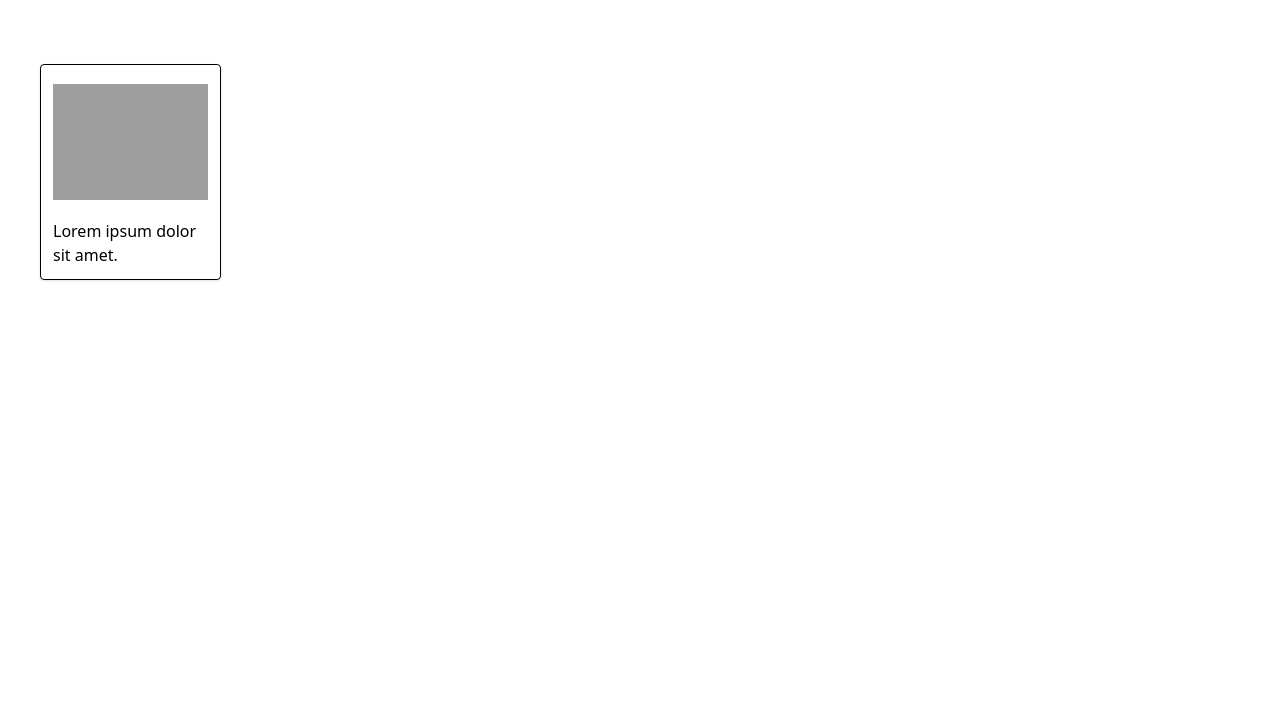
Repository: Habeebur1493/project
Page: /Home
These files come from the project's save history. The page is drawn as it stood at one moment and after the next save; the edit follows.
The browser window is 1280 px wide. The pictures show the whole page.
Pictures or frames that could not be fetched are drawn as grey boxes. The project was rebuilt for these pictures with package versions that can differ from the ones it lists, and the page was loaded fresh each time. Also part of the build but not shown: vite.config.js, src/Components/Login.jsx.

Above is the page before, as saved 2025-01-31 02:38:57.

### index.html
<!doctype html>
<html lang="en">
  <head>
    <meta charset="UTF-8" />
    <meta name="viewport" content="width=device-width, initial-scale=1.0" />
    <title>Project</title>
  </head>
  <body>
    <div id="root"></div>
    <script type="module" src="/src/main.jsx"></script>
  </body>
</html>

### src/main.jsx
import React from "react";
import { createRoot } from "react-dom/client";
import App from "./App.jsx";
import { BrowserRouter } from "react-router-dom";

createRoot(document.getElementById("root")).render(

    <BrowserRouter>
      <App />
    </BrowserRouter>

);

### src/App.jsx
import React from 'react'
import './App.css'
import { Route, Routes } from 'react-router-dom'
import Login from './Components/Login.jsx'
import Home from './Components/Home.jsx'

const App = () => {
  return (
    <>

    <Routes>
      <Route path="/" element={<Login />} />
      <Route path="/Home" element={<Home />} />
    </Routes>
    </>

  )
}

export default App

### src/Components/Home.jsx
import React from 'react'


const Home = () => {
  return (
    <>
    <div className='h-screen w-screen'>


       <div className='w-[85%] p-10 pt-[5%] flex flex-wrap overflow-x-hidden overflow-y-auto'>
          <div className='mr-3 mb-3 card p-3 border shadow rounded w-[18%] h-[30vh] flex-col flex
        justify-center items-center'>
            <div
               className='hover:scale-110 mb-3 w-full h-[80%] bg-contain bg-no-repeat bg-center'
               style={{
                  backgroundImage:
                      "url(https://fakestoreapi.com/img/81fPKd-2AYL._AC_SL1500_.jpg)",
               }}
            ></div>
            <h1 className="hover:text-blue-300">Lorem ipsum dolor sit amet.</h1>
        </div>
    </div>
    </div>
    </>
  )
}

export default Home

### src/Components/Nav.jsx
import React from 'react'

const Nav = () => {
  return (
    <nav className='w-[15%] h-full bg-zinc-100 flex flex-col items-center pt-5'>
    <a className='py-2 px-5 border rounded border-blue-200 text-blue-300'
    href="/create">
      Add New Product
    </a>
    <hr  className='my-3 w-[80%]'/>
    <h1 className='text-2xl mb-3 w-[80%]'>Category Filter</h1>
    <ul className='w-[80%]'>
      <li className='flex items-center mb-3'>
        <span className='rounded-full mr-2 w-[15px] h-[15px] bg-blue-400'></span>{""}
        cat 1
      </li>
    </ul>
  </nav>
  )
}

export default Nav

Loaded but not shown: src/App.css (common file)

After the next save:
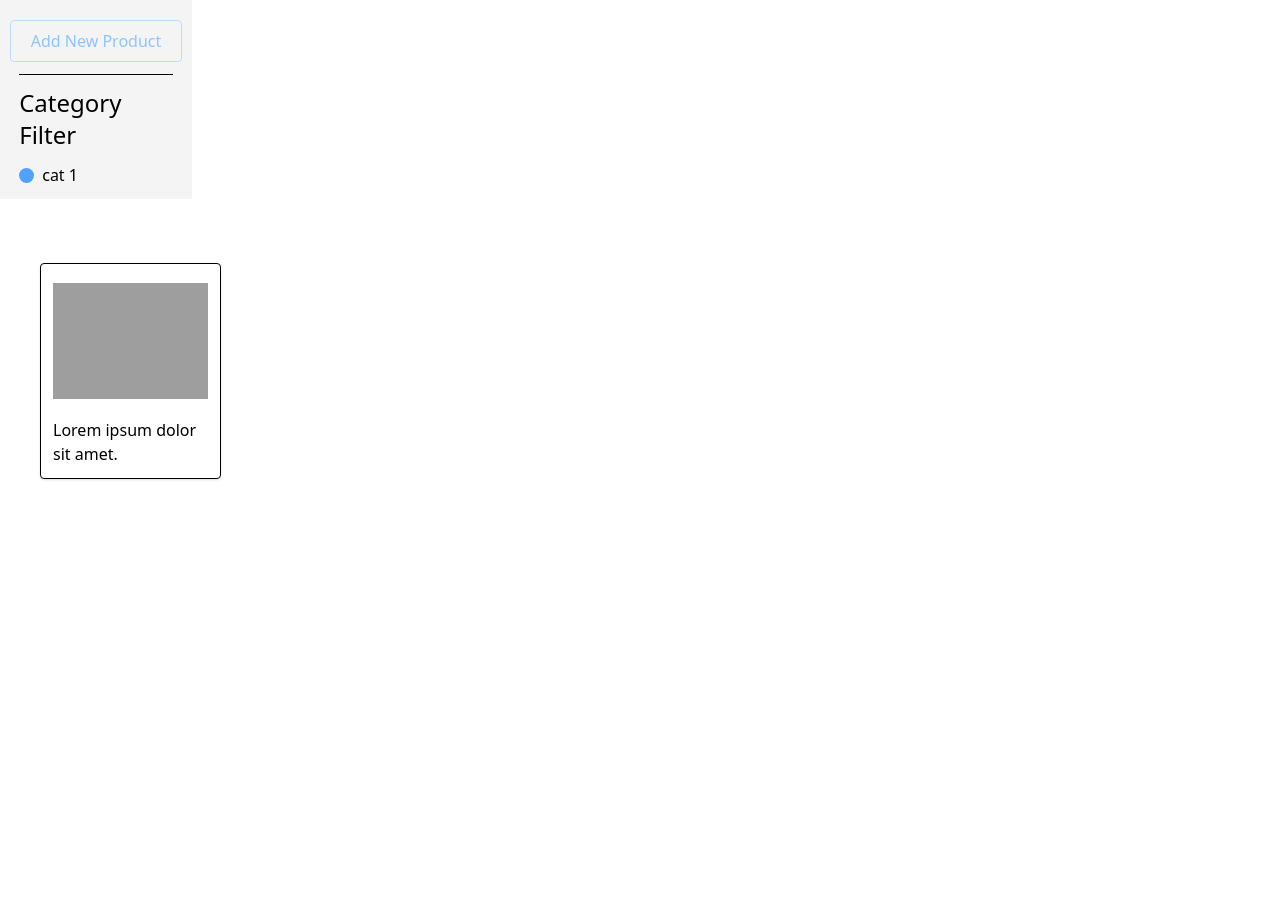
Saved 21 s later.
--- a/src/Components/Home.jsx
+++ b/src/Components/Home.jsx
@@ -1,12 +1,12 @@
 import React from 'react'
+import Nav from './Nav'
 
 
 const Home = () => {
   return (
     <>
+    <Nav />
     <div className='h-screen w-screen'>
-
-
        <div className='w-[85%] p-10 pt-[5%] flex flex-wrap overflow-x-hidden overflow-y-auto'>
           <div className='mr-3 mb-3 card p-3 border shadow rounded w-[18%] h-[30vh] flex-col flex
         justify-center items-center'>
